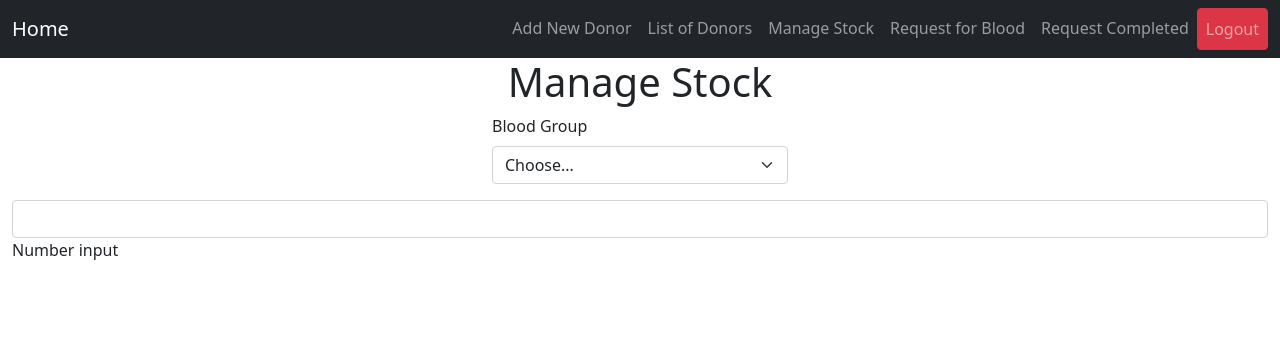
Repository: kshitizJ/Blood-Bank-Management-System-in-jsp
Page: http://localhost/Blood_Bank_Management_System/manageStock.jsp
An editor plug-in stored every save of this project. The page is shown before and after the next save, followed by the edit.
The browser window is 1280 px wide. The pictures show the whole page.
The page is served by Tomcat 9. Other server files are loaded and not shown.

Above is the page before, as saved 2021-04-28 12:53:57.

### Blood Bank Management System/WebContent/manageStock.jsp
<%@include file="header.html"%>
<!DOCTYPE html>
<html lang="en">

<head>
</head>

<body>
	<div class="container-fluid">
		<div class="row">
			<div class="col-12">
				<h1 class="text-center">Manage Stock</h1>
			</div>
			<div class="col-12">
				<%
					String msg = request.getParameter("msg");
				if ("valid".equals(msg)) {
				%>
				<p class="text-center text-danger">Successfully updated..</p>
				<%
					}
				if ("invalid".equals(msg)) {
				%>
				<p class="text-center text-danger">Invalid data try again..</p>
				<%
					}
				%>
			</div>
			<div class="col-12">
				<form class="form row d-flex justify-content-center"
					action="addNewDonorAction.jsp" method="POST">
					<div class="mb-3 col-md-3">
						<label for="brgp" class="form-label">Blood Group</label> <select
							class="form-select" id="brgp" name="brgp">
							<option selected>Choose...</option>
							<option value="A+">A+</option>
							<option value="A-">A-</option>
							<option value="B+">B+</option>
							<option value="B-">B-</option>
							<option value="O+">O+</option>
							<option value="O-">O-</option>
							<option value="AB+">AB+</option>
							<option value="AB-">AB-</option>
						</select>
					</div>
                    <div class="form-outline">
                        <input type="number" id="typeNumber" class="form-control" />
                        <label class="form-label" for="typeNumber">Number input</label>
                    </div>
				</form>
			</div>
		</div>
	</div>
</body>

</html>

### Blood Bank Management System/WebContent/header.html
<!DOCTYPE html>
<html lang="en">
<head>
<meta charset="UTF-8">
<meta http-equiv="X-UA-Compatible" content="IE=edge">
<meta name="viewport" content="width=device-width, initial-scale=1.0">
<title>Admin Panel</title>
<link
	href="https://cdn.jsdelivr.net/npm/bootstrap@5.0.0-beta3/dist/css/bootstrap.min.css"
	rel="stylesheet"
	integrity="sha384-eOJMYsd53ii+scO/bJGFsiCZc+5NDVN2yr8+0RDqr0Ql0h+rP48ckxlpbzKgwra6"
	crossorigin="anonymous">
<link rel="stylesheet" href="style.css" type="text/css" media="screen">
</head>
<body>
	<nav class="navbar sticky-top navbar-expand-lg navbar-dark bg-dark">
		<div class="container-fluid">
			<a class="navbar-brand" href="home.jsp">Home</a>
			<button class="navbar-toggler" type="button"
				data-bs-toggle="collapse" data-bs-target="#navbarNav"
				aria-controls="navbarNav" aria-expanded="false"
				aria-label="Toggle navigation">
				<span class="navbar-toggler-icon"></span>
			</button>
			<div class="collapse navbar-collapse justify-content-end"
				id="navbarNav">
				<ul class="navbar-nav ">
					<li class="nav-item"><a class="nav-link"
						href="addNewDonor.jsp">Add New Donor</a></li>
					<li class="nav-item"><a class="nav-link"
						href="editDeleteList.jsp">List of Donors</a></li>
					<li class="nav-item"><a class="nav-link"
						href="manageStock.jsp">Manage Stock</a></li>
					<li class="nav-item"><a class="nav-link"
						href="requestForBlood.jsp">Request for Blood</a></li>
					<li class="nav-item"><a class="nav-link"
						href="requestCompleted.jsp">Request Completed</a></li>
					<li class="nav-item"><a class="nav-link btn btn-danger"
						href="adminLogin.jsp">Logout</a></li>
				</ul>
			</div>
		</div>
	</nav>
</body>
<script
	src="https://cdn.jsdelivr.net/npm/bootstrap@5.0.0-beta3/dist/js/bootstrap.bundle.min.js"
	integrity="sha384-JEW9xMcG8R+pH31jmWH6WWP0WintQrMb4s7ZOdauHnUtxwoG2vI5DkLtS3qm9Ekf"
	crossorigin="anonymous"></script>

</html>

### Blood Bank Management System/WebContent/style.css
img {
	width: 100%;
	height: 500px;
}

.logo {
	width: 100px;
	height: 60px;
}

container-fluid {
	padding: 0;
}

After the next save:
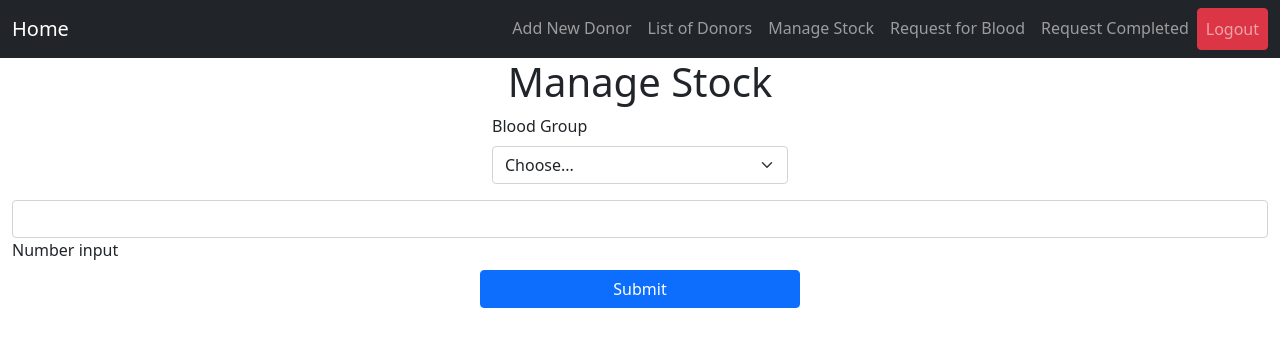
Saved 56 s later.
--- a/Blood Bank Management System/WebContent/manageStock.jsp
+++ b/Blood Bank Management System/WebContent/manageStock.jsp
@@ -43,10 +43,11 @@
 							<option value="AB-">AB-</option>
 						</select>
 					</div>
-                    <div class="form-outline">
-                        <input type="number" id="typeNumber" class="form-control" />
-                        <label class="form-label" for="typeNumber">Number input</label>
-                    </div>
+					<div class="form-outline">
+						<input type="number" id="typeNumber" class="form-control" /> <label
+							class="form-label" for="typeNumber">Number input</label>
+					</div>
+					<button type="submit" class="btn btn-primary col-3">Submit</button>
 				</form>
 			</div>
 		</div>
